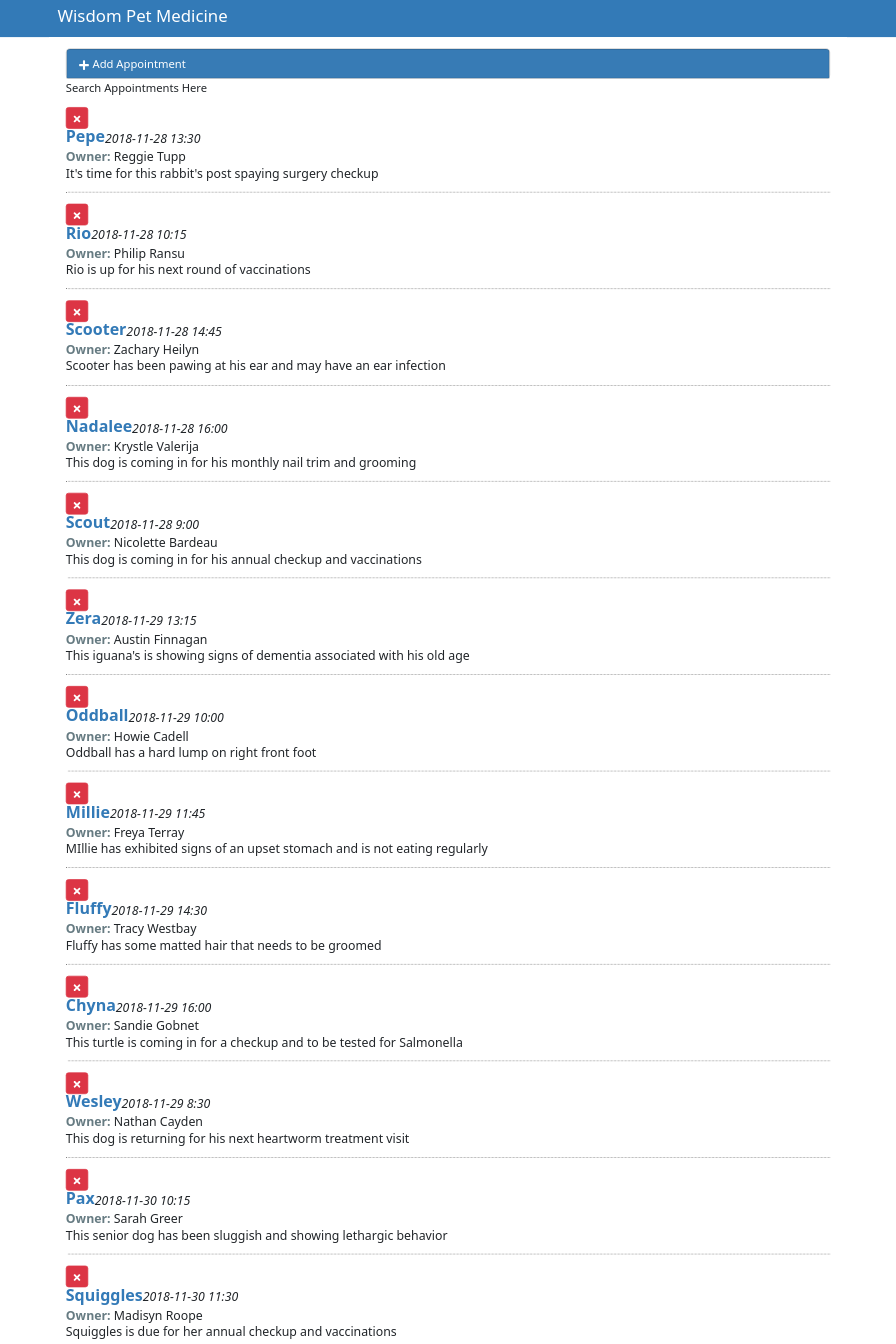
Repository: DevLuDaley/reactinterface
Page: /
The author's editor kept a copy of each file at every save. The page is drawn from the files as they stood at one save, then again after the next save.
The browser window is 1280 px wide. The pictures show the part of the page from y = 0 to 1920 px (the page is 3654 px tall before and 3716 px after), at 70% of full size.
The project was rebuilt for these pictures with package versions that can differ from the ones it lists, and the page was loaded fresh each time.

Above is the page before, as saved 2021-02-04 19:43:08.

After the next save:
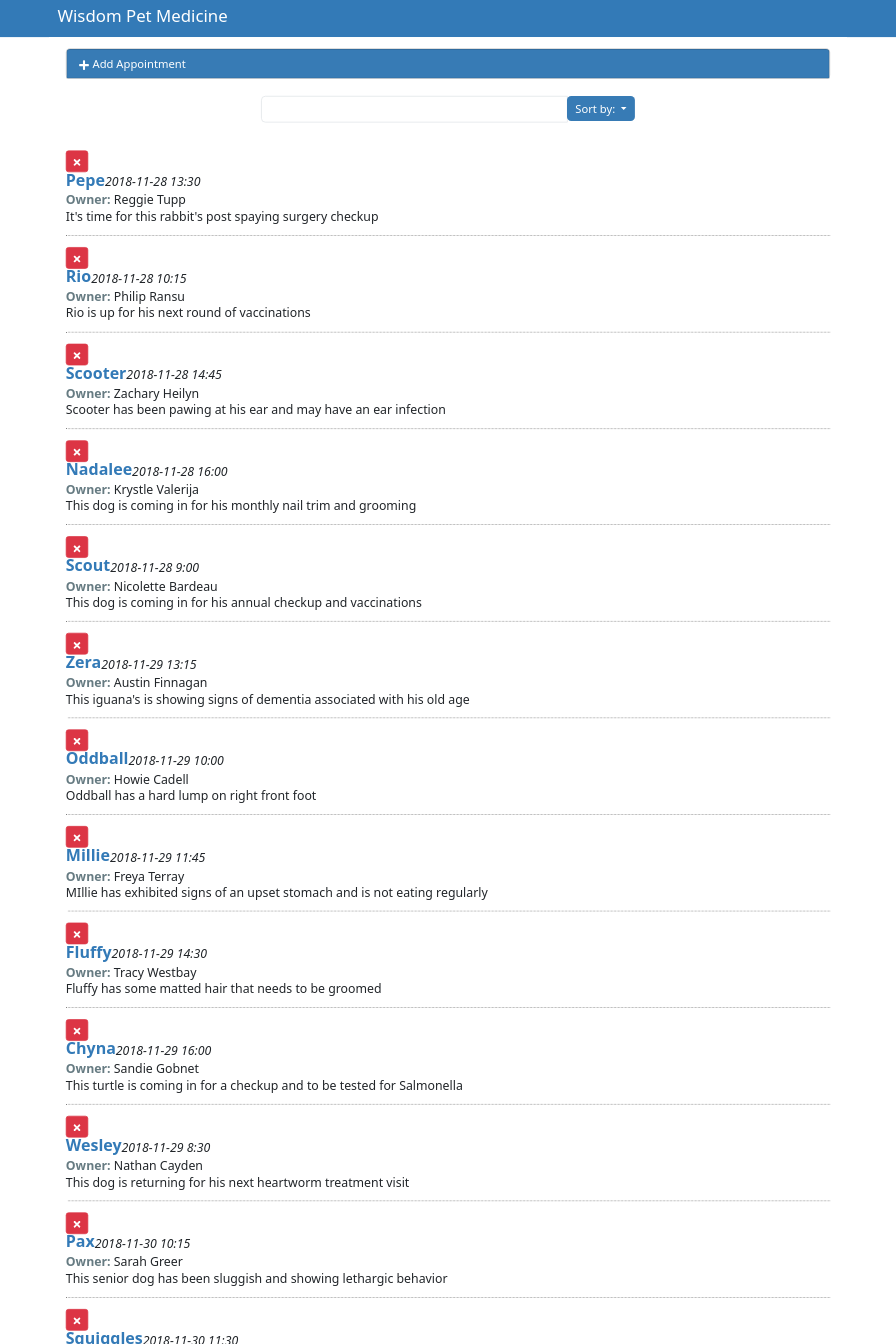
Saved 4 min 21 s later.
--- a/src/components/SearchAppointments.js
+++ b/src/components/SearchAppointments.js
@@ -1,16 +1,52 @@
-import React, { Component } from 'react'
+import React, { Component } from 'react';
+
 class SearchAppointments extends Component {
-    constructor(props) {
-        super(props);
-        this.state = {  }
-    }
-    render() {
-        return (
-        <div>
-            Search Appointments Here
+  render() {
+    return (
+      <div className="search-appointments row justify-content-center my-4">
+        <div className="col-md-6">
+          <div className="input-group">
+            <input
+              id="SearchApts"
+              type="text"
+              className="form-control"
+              aria-label="Search Appointments"
+            />
+            <div className="input-group-append">
+              <button
+                type="button"
+                className="btn btn-primary dropdown-toggle"
+                data-toggle="dropdown"
+                aria-haspopup="true"
+                aria-expanded="false"
+              >
+                Sort by: <span className="caret" />
+              </button>
+
+              <div className="sort-menu dropdown-menu dropdown-menu-right">
+                <button className="sort-by dropdown-item" href="#">
+                  Pet Name
+                </button>
+                <button className="sort-by dropdown-item" href="#">
+                  Date
+                </button>
+                <button className="sort-by dropdown-item" href="#">
+                  Owner
+                </button>
+                <div role="separator" className="dropdown-divider" />
+                <button className="sort-by dropdown-item" href="#">
+                  Asc
+                </button>
+                <button className="sort-by dropdown-item" href="#">
+                  Desc
+                </button>
+              </div>
+            </div>
+          </div>
         </div>
-        );
-    }
+      </div>
+    );
+  }
 }
 
 export default SearchAppointments;
